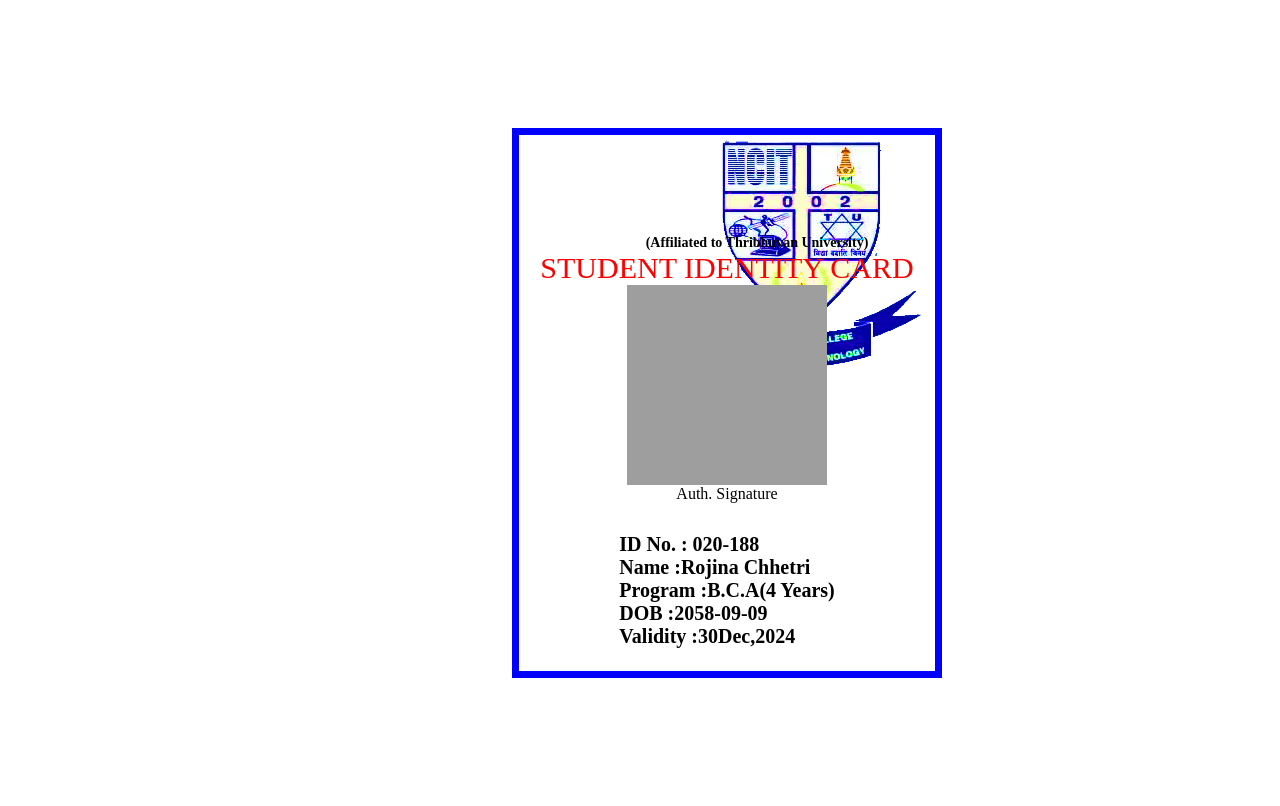
Repository: Rojinachhetri/roji
Page: rojina.html
The author's editor kept a copy of each file at every save. The page is drawn from the files as they stood at one save, then again after the next save.
The browser window is 1280 px wide. The pictures show the whole page.
Pictures or frames that could not be fetched are drawn as grey boxes.

Above is the page before, as saved 2023-04-24 22:16:59.

### rojina.html
<!DOCTYPE html>
<html lang="en">

<head>
    <meta charset="UTF-8">
    <meta http-equiv="X-UA-Compatible" content="IE=edge">
    <meta name="viewport" content="width=device-width, initial-scale=1.0">
    <title>Nagrajuna college</title>
    <link rel="stylesheet" href="rojina.css">
</head>

<body>
    <div class="container">
        <div class="logo">
            <img src="logo1.png" alt="logo">

        </div>
        <div class="header">(Affiliated to Thribhuvan University)
        </div>
        <div class="student">STUDENT IDENTITY CARD</div>
        <div class="hero">
            <img src="./rojinaa.jpg" alt="picture" height="200px" width="200px">
            <div>Auth. Signature</div>
        </div>
        <div class="id">
            <div>ID No. : 020-188</div>
            <div>Name :Rojina Chhetri</div>
            <div>Program :B.C.A(4 Years)</div>
            <div>DOB :2058-09-09</div>
            <div>Validity :30Dec,2024</div>
        </div>

    </div>


</body>

</html>

### rojina.css
    * {
        box-sizing: border-box;
        padding: 0px;
        margin: 0px;
    }

    .container {
        width: 430px;
        height: 550px;
        background-color: white;
        border: 7px solid blue;
        display: flex;
        flex-direction: column;
        align-items: center;
        margin: 10% 40% 10% 40%;
    }

    .logo {
        height: 100px;
        width: 100px;
    }

    .header {
        font-size: 14px;
        font-weight: bold;
        margin-left: 60px;
    }

    .hero {
        display: flex;
        flex-direction: column;
        align-items: center;
    }

    .student {
        font-size: 30px;
        font-weight: 500;
        font-family: 'Times New Roman', Times, serif;
        color: red;
    }

    .id {
        font-size: 20px;
        margin-top: 30px;
        font-weight: bold;
    }

After the next save:
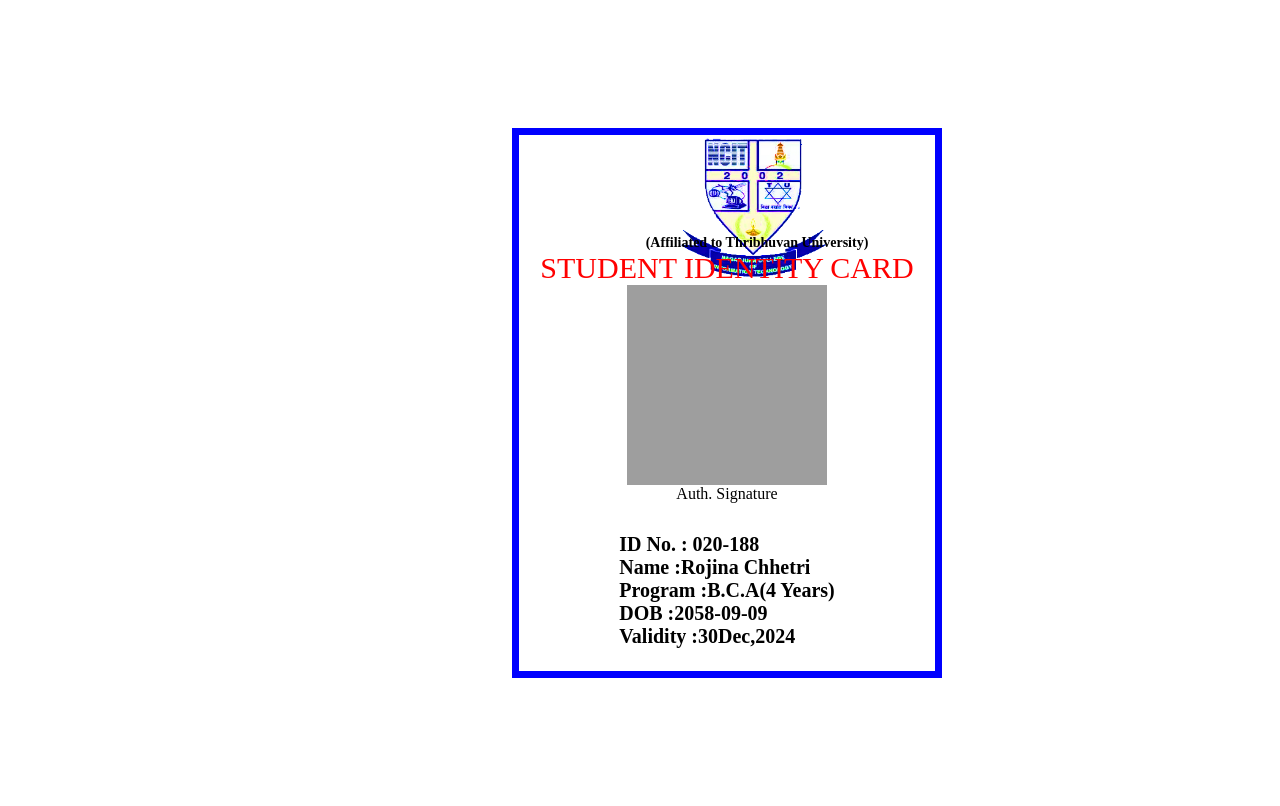
Saved 32 s later.
--- a/rojina.html
+++ b/rojina.html
@@ -12,7 +12,7 @@
 <body>
     <div class="container">
         <div class="logo">
-            <img src="logo1.png" alt="logo">
+            <img src="logo1.png" alt="logo" height="150px" width="150px">
 
         </div>
         <div class="header">(Affiliated to Thribhuvan University)
